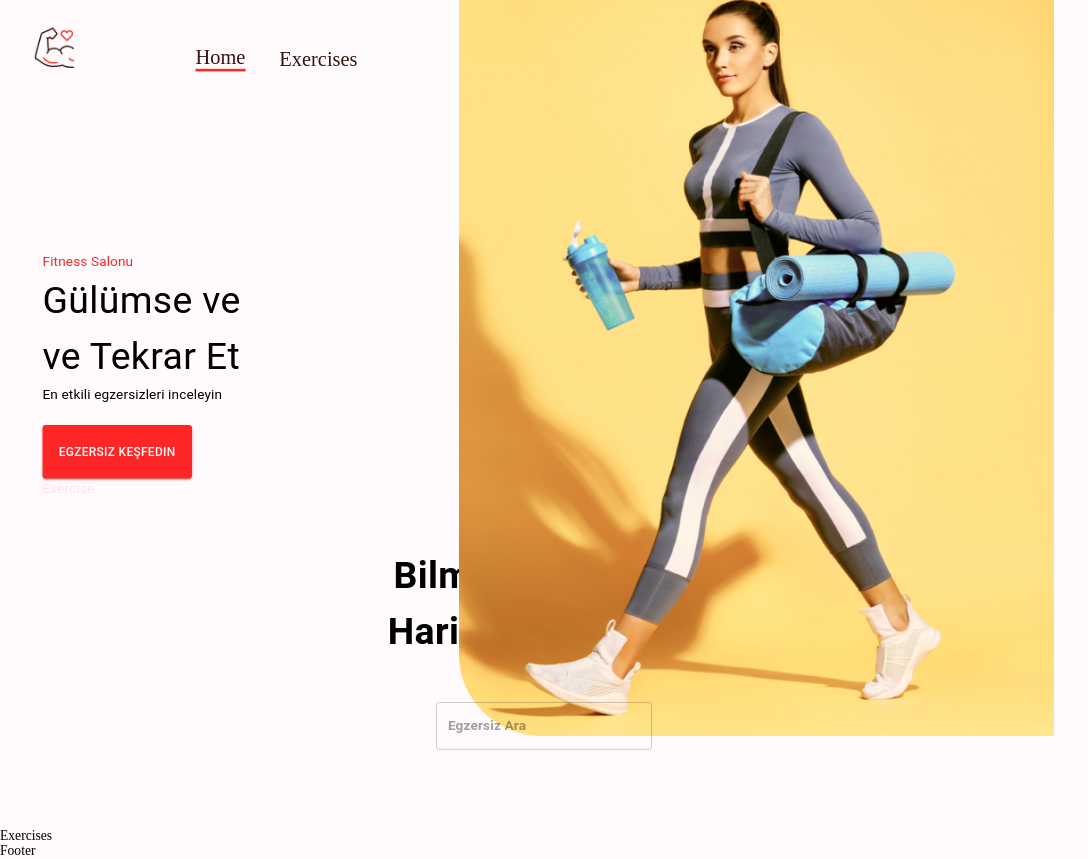
Repository: Kubraaygun/Gym_App
Page: /
An editor plug-in stored every save of this project. The page is shown before and after the next save, followed by the edit.
The browser window is 1280 px wide. The pictures show the whole page, at 85% of full size.
The project was rebuilt for these pictures with package versions that can differ from the ones it lists, and the page was loaded fresh each time. Also part of the build but not shown: src/pages/ExerciseDetail.js.

Above is the page before, as saved 2025-01-25 17:41:19.

After the next save:
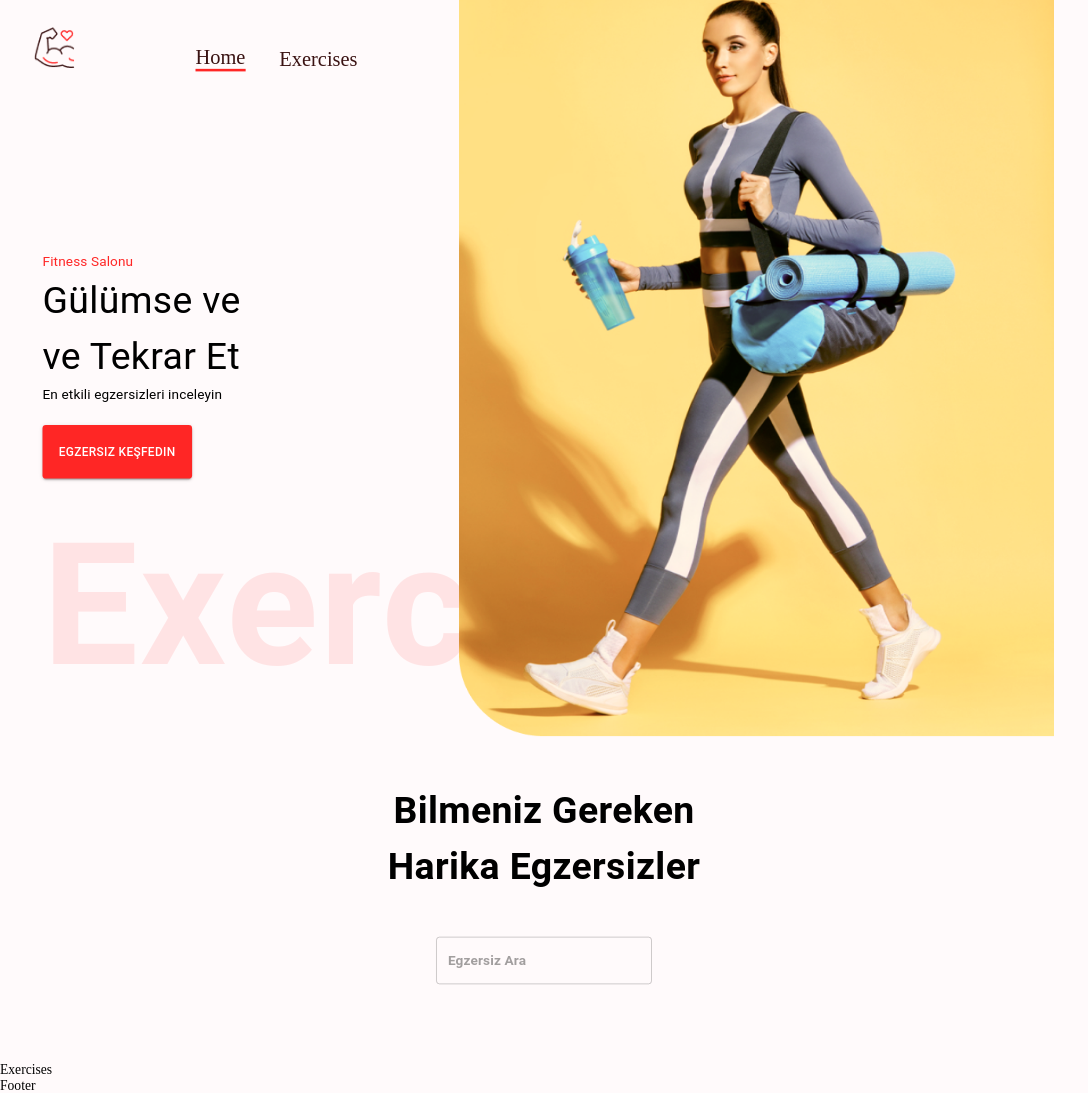
Saved 6 s later.
--- a/src/components/HeroBanner.js
+++ b/src/components/HeroBanner.js
@@ -29,7 +29,10 @@ const HeroBanner = () => {
       </Button>
       <Typography
         className="banner-background-text"
+        fontWeight={600}
+        color="#ff2625"
         sx={{ opacity: 0.1, display: { lg: "block", xs: "none" } }}
+        fontSize="200px"
       >
         Exercise
       </Typography>
